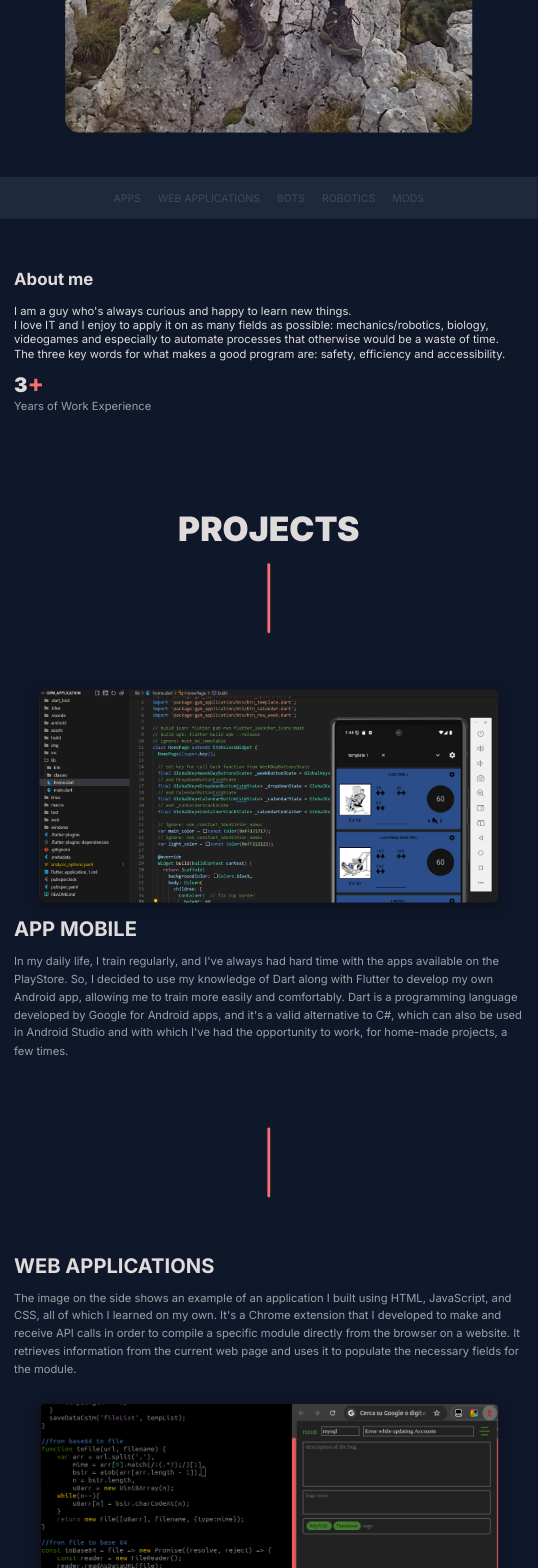
Repository: EnricoCalabrese/EnricoCalabrese.github.io
Page: index.html
The author's editor kept a copy of each file at every save. The page is drawn from the files as they stood at one save, then again after the next save.
The browser window is 768 px wide. The pictures show the part of the page from y = 1031 to 3271 px (the page is 6143 px tall before and 6136 px after), at 70% of full size.

Above is the page before, as saved 2025-07-26 09:16:50.

### index.html
<!DOCTYPE html>
<html lang="en">
<!DOCTYPE html>
<html lang="en">
<head>
  <meta charset="UTF-8" />
  <meta name="viewport" content="width=device-width, initial-scale=1.0" />
  <title>EC - Developer portfolio</title>
  <link href="https://fonts.googleapis.com/css2?family=Inter:wght@400;700;900&display=swap" rel="stylesheet">
  <style>
    * {
      box-sizing: border-box;
    }

    :root {
      --color-bg: #0f172a;
      --color-bg-alt: #1e293b;
      --color-primary: #f87171;
      --color-white: #dfdbdb;
      --color-white-transparent: rgba(255, 255, 255, 0.158);
      --color-white-semi: rgba(255, 255, 255, 0.589);

      --font-family: 'Inter', sans-serif;

      --space-xs: 10px;
      --space-sm: 15px;
      --space-md: 20px;
      --space-lg: 60px;
      --space-xl: 80px;

      --font-lg: 1.8rem;
      --font-xl: 3rem;
      --font-xxl: 35px;

      --radius-sm: 6px;
      --radius-md: 8px;
      --radius-lg: 20px;
    }

    body {
      margin: 0;
      font-family: var(--font-family);
      background-color: var(--color-bg);
      color: var(--color-white);
      word-wrap: break-word;
    }

    header, section {
      padding: var(--space-lg) var(--space-md);
      max-width: 1200px;
      margin: auto;
    }

    nav {
      display: flex;
      justify-content: space-between;
      align-items: center;
      padding: var(--space-md);
    }

    nav a {
      color: var(--color-white);
      margin: 0 var(--space-sm);
      text-decoration: none;
    }

    .header {
      display: flex;
      flex-wrap: wrap;
      align-items: center;
      justify-content: space-between;
    }

    .header-text {
      max-width: 500px;
    }

    .header-text h1 {
      font-size: var(--font-xl);
      margin: 0;
    }

    .buttons {
      margin-top: var(--space-md);
    }

    .buttons button {
      margin-right: var(--space-sm);
      padding: var(--space-xs) var(--space-md);
      border: none;
      border-radius: var(--radius-sm);
      cursor: pointer;
      font-weight: bold;
    }

    .btn-primary {
      background-color: var(--color-primary);
      color: var(--color-white);
    }

    .btn-primary:hover {
      color: var(--color-bg);
    }

    .btn-secondary {
      background-color: transparent;
      border: 2px solid var(--color-primary) !important;
      color: var(--color-white);
    }

    .btn-secondary:hover {
      color: var(--color-primary);
    }

    .page {
      display: none;
      position: fixed;
      z-index: 1000;
      left: 0;
      top: 0;
      width: 100%;
      height: 100%;
      overflow: auto;
      background-color: rgba(15, 23, 42, 0.9);
      font-family: var(--font-family);
    }

    .page-content {
      background-color: var(--color-bg-alt);
      margin: 10% auto;
      padding: var(--space-md);
      border-radius: var(--radius-lg);
      max-width: 400px;
      color: var(--color-white);
      box-shadow: 0 5px 20px rgba(0,0,0,0.6);
      text-align: center;
      position: relative;
    }

    .close-btn {
      color: var(--color-white);
      position: absolute;
      right: 15px;
      top: 10px;
      font-size: 28px;
      font-weight: bold;
      cursor: pointer;
    }

    .close-btn:hover {
      color: var(--color-primary);
    }

    .email-wrapper {
      margin-top: var(--space-md);
      display: flex;
      justify-content: center;
      gap: var(--space-xs);
    }

    .email-wrapper input {
      flex: 1;
      padding: var(--space-xs);
      border-radius: var(--radius-sm);
      border: none;
      background-color: var(--color-bg);
      color: var(--color-white);
      font-weight: bold;
      font-size: 1rem;
    }

    .email-wrapper button {
      background-color: var(--color-primary);
      border: none;
      border-radius: var(--radius-sm);
      color: var(--color-bg);
      cursor: pointer;
      font-weight: bold;
      padding: var(--space-xs) var(--space-md);
      transition: background-color 0.3s ease;
    }

    .email-wrapper button:hover {
      background-color: #ef4444;
    }

    .profile-img {
      width: 300px;
      border-radius: var(--radius-lg);
    }

    .skills-wrapper {
      position: relative;
      padding: var(--space-lg) 0;
      background-color: var(--color-bg);
      margin-top: -3.5rem;
    }

    .skills-wrapper::before {
      content: "";
      position: absolute;
      top: 50%;
      width: 100%;
      height: 60px;
      background-color: var(--color-bg-alt);
      transform: translateY(-50%);
      z-index: 0;
    }

    .skills {
      position: relative;
      z-index: 1;
      text-align: center;
    }

    .skills a {
      text-decoration: none;
      color: var(--color-white-transparent);
      background-color: var(--color-bg-alt);
      padding: var(--space-xs) 5%;
      display: inline-block;
      margin: var(--space-xs);
      cursor: pointer;
      transition: color 0.3s ease;
    }

    .skills a:hover, .shortcuts a:hover {
      color: var(--color-primary);
    }

    .about {
      display: flex;
      flex-wrap: wrap;
      justify-content: space-between;
      align-items: center;
      padding: 0 var(--space-md);
      background-color: var(--color-bg);
      margin-top: -1%;
    }

    .about-text {
      flex: 0 0 50%;
      max-width: 600px;
    }

    .stat {
      flex: 0 0 50%;
    }

    .stat-number {
      font-size: var(--font-lg);
      font-weight: 900;
      color: var(--color-white);
      display: flex;
      align-items: baseline;
    }

    .stat-number .plus {
      color: var(--color-primary);
      font-size: var(--font-xxl);
      font-weight: 700;
      line-height: 1;
      margin-top: -2%;
    }

    .stat-text {
      color: var(--color-white-semi);
      margin-top: 2px;
    }

    .projects-section {
      padding: var(--space-xl) var(--space-md);
      text-align: center;
      position: relative;
    }

    .projects-title {
      font-size: var(--font-xl);
      color: var(--color-white);
      margin-bottom: var(--space-md);
      font-weight: 900;
    }

    .vertical-divider {
      width: 4px;
      height: 100px;
      background-color: var(--color-primary);
      margin: 0 auto var(--space-xl);
      border-radius: 2px;
    }

    .project-block {
      display: flex;
      align-items: center;
      justify-content: center;
      margin: var(--space-xl) auto;
      max-width: 900px;
      gap: var(--space-md);
      flex-wrap: wrap;
      flex-direction: row;
    }

    .project-img {
      width: 300px;
      border-radius: var(--radius-md);
      box-shadow: 0 5px 20px rgba(0,0,0,0.4);
    }

    .project-description {
      max-width: 400px;
      text-align: left;
    }

    .project-description h3 {
      font-size: var(--font-lg);
      color: var(--color-white);
      margin: 0 0 var(--space-xs);
    }

    .project-description p {
      color: var(--color-white-semi);
      line-height: 1.6;
    }

    .simple-text {
      line-height: 1.3;
    }

    footer {
      text-align: center;
      padding: var(--space-md);
      background-color: var(--color-bg-alt);
    }

    #image-container {
      display: block;
      position: fixed;
      z-index: 1500;
      left: 0;
      top: 0;
      width: 100%;
      height: 100%;
      background-color: rgba(15, 23, 42, 0.95);
      display: flex;
      justify-content: center;
      align-items: center;
      cursor: zoom-out;
    }

    #image-container .page-content {
      background: none;
      box-shadow: none;
      max-width: 90%;
      max-height: 90%;
      padding: 0;
      position: relative;
      display: flex;
      justify-content: center;
      align-items: center;
    }

    #image-container img {
      max-width: 100%;
      max-height: 100%;
      border-radius: var(--radius-lg);
      pointer-events: none;
    }

    #ref {
      display: block;
      position: relative;
      top: -80px;
      visibility: hidden;
      height: 0;
      width: 0;
      overflow: hidden;
    }

    /* mobile settings */
    @media (max-width: 768px) {
      nav {
        flex-direction: column;
        align-items: flex-start;
      }

      .header {
        flex-direction: column;
        align-items: center;
        text-align: center;
      }

      .header-text {
        max-width: 100%;
      }

      .buttons {
        display: flex;
        flex-direction: column;
        align-items: center;
      }

      .buttons button {
        margin-bottom: var(--space-xs);
        width: 80%;
      }

      .profile-img {
        width: 80%;
        margin-top: var(--space-md);
      }

      .about {
        flex-direction: column;
        align-items: flex-start;
        gap: var(--space-md);
      }

      .about-text, .stat {
        flex: 1 1 100%;
        max-width: 100%;
      }

      .project-block {
        flex-direction: column !important;
        text-align: center;
      }

      .project-description {
        max-width: 100%;
      }

      .project-img {
        width: 90%;
      }

      .email-wrapper {
        flex-direction: column;
        gap: var(--space-xs);
      }

      .email-wrapper input,
      .email-wrapper button {
        width: 100%;
      }

      .skills {
        position: relative;
        z-index: 1;
        text-align: center;
        font-size: 15px;
      }

      .skills a {
        text-decoration: none;
        color: var(--color-white-transparent);
        background-color: var(--color-bg-alt);
        padding: var(--space-xs) 0;
        display: inline-block;
        cursor: pointer;
        transition: color 0.3s ease;
      }
    }
  </style>
</head>
<body>
  <nav>
    <div><strong>Enrico Calabrese</strong></div>
    <div class="shortcuts">
      <a href="#about" class="scroll-link">About</a>
      <a href="https://www.linkedin.com/in/enrico-calabrese-4961b4376/">Linkedin</a>
    </div>
  </nav>

  <header class="header">
    <div class="header-text">
      <p>Hello,</p>
      <h1>I'm Enrico<br><strong>Software Developer</strong></h1>
      <div class="buttons">
        <button class="btn-primary" id="contacts">Contacts</button>
        <button class="btn-secondary" id="myresume">My resume</button>
      </div>
    </div>
    <img src="source/profile.jpg" alt="photo" class="profile-img" onerror="this.style.display='none'">
  </header>

  <div id="contact-page" class="page">
    <div class="page-content">
      <span class="close-btn">&times;</span>
      <h2>Contact Me</h2>
      <p>Email:</p>
      <div class="email-wrapper">
        <input type="text" id="email" readonly value="enricocalabrese21@gmail.com" />
        <button id="copy-email">Copy</button>
      </div>
      <p id="copy-message" style="color: var(--color-primary); display: none;">Copied to clipboard!</p>
    </div>
  </div>

  <div class="skills-wrapper">
    <div class="skills">
      <a href="#app" class="scroll-link">APPS</a>
      <a href="#web" class="scroll-link">WEB APPLICATIONS</a>
      <a href="#bots" class="scroll-link">BOTS</a>
      <a href="#robots" class="scroll-link">ROBOTICS</a>
      <a href="#mods" class="scroll-link">MODS</a>
    </div>
  </div>
  <span id="ref"></span>

  <section id="about" class="about">
    <div class="about-text">
      <h2>About me</h2>
      <p class="simple-text">
        I am a guy who's always curious and happy to learn new things.<br>
        I love IT and I enjoy to apply it on as many fields as possible: mechanics/robotics, biology, videogames and especially to automate processes that otherwise would be a waste of time.<br>
        The three key words for what makes a good program are: safety, efficiency and accessibility.
      </p>
      <div class="stat">
        <div class="stat-number"><span class="plus">+</span></div>
        <p class="stat-text">Years of Work Experience</p>
      </div>
    </div>
  </section>

  <section class="projects-section">
    <h2 class="projects-title">PROJECTS</h2>
    <div class="vertical-divider"></div>

    <div class="project-block">
      <img src="source/project1.png" alt="Project 1" class="project-img" onerror="this.style.display='none'">
      <div class="project-description" id="app">
        <h3>APP MOBILE</h3>
        <p>In my daily life, I train regularly, and I've always had hard time with the apps available on the PlayStore.
          So, I decided to use my knowledge of Dart along with Flutter to develop my own Android app, allowing me to train more easily and comfortably.
            Dart is a programming language developed by Google for Android apps, and it's a valid alternative to C#, which can also be used in Android Studio
            and with which I've had the opportunity to work, for home-made projects, a few times.</p>
      </div>
    </div>
    <div class="vertical-divider"></div>

    <div class="project-block">
      <div class="project-description" id="web">
        <h3>WEB APPLICATIONS</h3>
        <p>The image on the side shows an example of an application I built using HTML, JavaScript, and CSS, all of which I learned on my own.
          It's a Chrome extension that I developed to make and receive API calls in order to compile a specific module directly from the browser on a website.
          It retrieves information from the current web page and uses it to populate the necessary fields for the module.</p>
      </div>
      <img src="source/project2.png" alt="Project 2" class="project-img" onerror="this.style.display='none'">
    </div>
    <div class="vertical-divider"></div>

    <div class="project-block">
      <img src="source/project3.png" alt="Project 3" class="project-img" onerror="this.style.display='none'">
      <div class="project-description" id="bots">
        <h3>PYTHON-BASED BOTS</h3>
        <p>Python is one of the best and most versatile programming languages available today, and it's excellent for creating bots.
          The image on the side shows a Discord bot I created. Discord is a free communication app used to chat and hang out with your favorite creators, communities, and friends.
            The bot I made to allows users, through simple commands in the chat, to play the game "Blood on the Clocktower" with others in a voice channel.
            This game is a more complex version of the famous game Werewolf (Italian: Lupus in Fabula).
            Using Python, I also created a Telegram bot in order to remotely manage a machine that I set up as a hosting server.
        </p>
      </div>
    </div>
    <div class="vertical-divider"></div>

    <div class="project-block">
      <div class="project-description" id="robots">
        <h3>ROBOTICS & AUTOMATION</h3>
        <p>Since high school, I've always had an interest in automation, and I find it super fun to animate robots and apply computer science to something that can moves.
          A few years ago, I took on the challenge of building a drone from scratch and programming it in C++. I developed calculation functions which, thanks to the input from various sensors,
          were able to determine the necessary speed for each individual motor to stabilize the drone through the appropriate output signals.
        </p>
      </div>
      <img src="source/project4.png" alt="Project 4" class="project-img" onerror="this.style.display='none'">
    </div>
    <div class="vertical-divider"></div>

    <div class="project-block">
      <img src="source/project5.png" alt="Project 5" class="project-img" onerror="this.style.display='none'">
      <div class="project-description" id="mods">
        <h3>VIDEOGAMES MODS</h3>
        <p>Programming a video game mod is a great way to develop both technical and creative skills. It allows you to improve your coding abilities, and understand the architecture of complex systems.
            Modding combines passion and practice, which is why I started programming, first with Java and later with .mcfunction, to create mods and datapacks for the game Minecraft.
        </p>
      </div>
    </div>
  </section>

  <div id="image-container" class="page">
    <div class="page-content">
      <img id="zoomed-img" src="" alt="zoomed" />
    </div>
  </div>

  <footer>
  </footer>

  <script>
    // manage image zoom
    const zoomed = document.getElementById('image-container');
    document.querySelectorAll('.project-img').forEach(img => {
      img.addEventListener('click', () => {
        document.getElementById('zoomed-img').src = img.src;
        zoomed.style.display = 'flex';
      });
    });

    zoomed.addEventListener('click', (e) => { // on click out of the page
      if (e.target === zoomed) {
        zoomed.style.display = 'none';
      }
    });

    window.onload = () => {
      zoomed.style.display = 'none';
    };

    // manage new window contacts
    const page = document.getElementById('contact-page');
    const emailInput = document.getElementById('email');
    const copyMessage = document.getElementById('copy-message');

    document.getElementById('contacts').addEventListener('click', () => {
      page.style.display = 'block';
      copyMessage.style.display = 'none';
    });

    page.querySelector('.close-btn').addEventListener('click', () => {
      page.style.display = 'none';
    });

    window.addEventListener('click', (e) => { // on click out of the page
      if (e.target === page) {
        page.style.display = 'none';
      }
    });

    document.getElementById('copy-email').addEventListener('click', () => {
      emailInput.select();
      emailInput.setSelectionRange(0, 99999);
      try {
        // use document.execCommand for broader browser support in iFrames
        const successful = document.execCommand('copy');
        if (successful) {
          copyMessage.style.display = 'block';
          setTimeout(() => copyMessage.style.display = 'none', 2000);
        }
      } catch (err) {
        console.error('Failed to copy email: ', err);
      }
    });

    // auto scroll the page to the top when open
    window.onbeforeunload = function () {
      window.scrollTo(0, 0);
    };

    // scroll page on center when click a link, normal href set the page on top
    document.querySelectorAll('.scroll-link').forEach(link => {
      link.addEventListener('click', function(e) {
        e.preventDefault();
        const targetId = this.getAttribute('href').substring(1);
        const targetElem = document.getElementById(targetId);
        if (targetElem) {
          const elemRect = targetElem.getBoundingClientRect();
          const maxElemTop = window.pageYOffset + elemRect.top;
          const middle = maxElemTop - (window.innerHeight / 2) + (elemRect.height / 2);

          window.scrollTo({
            top: middle,
            behavior: 'smooth'
          });
        }
      });
    });

    // setup experience years based on current year
    const statNum = document.querySelector('.stat-number');
    if (statNum) {
      const startDate = new Date('2021-09-27');
      const now = new Date();
      const diffYears = (now - startDate) / (1000 * 60 * 60 * 24 * 365.25);
      const roundedYears = Math.floor(diffYears);
      statNum.innerHTML = `${roundedYears}<span class="plus">+</span>`;
    }

    // link to resume when click "my resume" button
    document.getElementById('myresume').addEventListener('click', function () {
      const link = document.createElement('a');
      link.href = 'source/resume.pdf';
      link.download = 'Enrico-Calabrese-Resume.pdf';
      document.body.appendChild(link);
      link.click();
      document.body.removeChild(link);
    });
  </script>
</body>
</html>

After the next save:
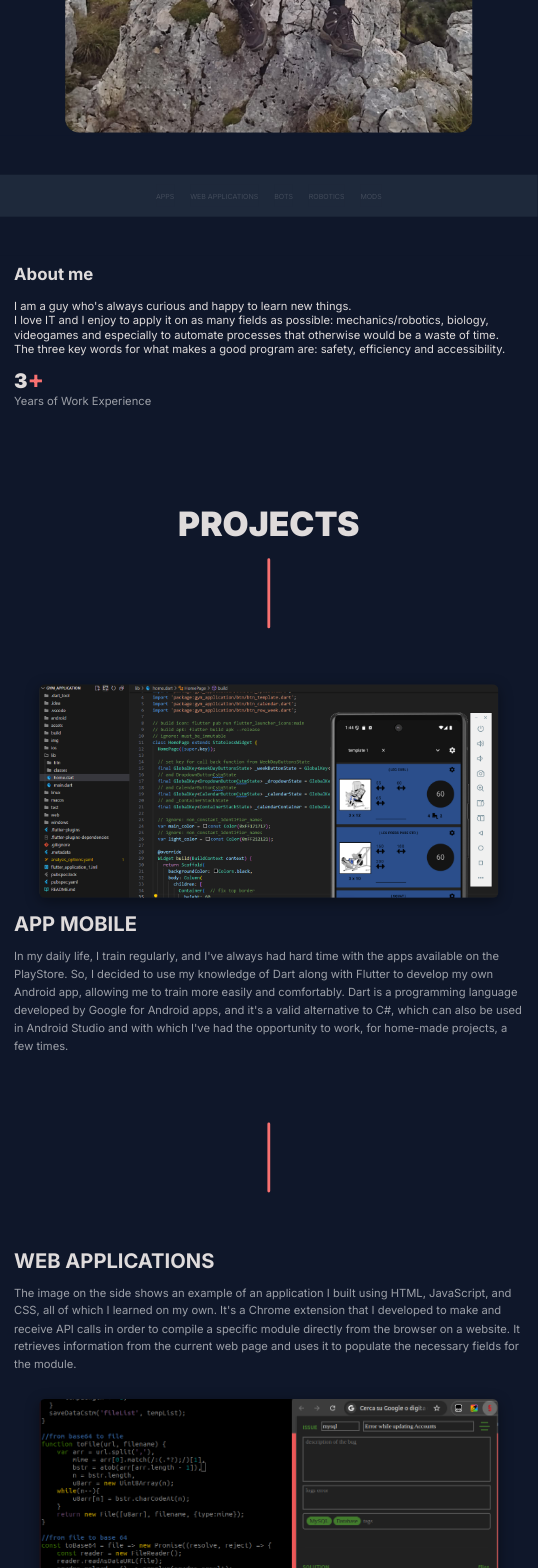
Saved 7 s later.
--- a/index.html
+++ b/index.html
@@ -447,7 +447,7 @@
         position: relative;
         z-index: 1;
         text-align: center;
-        font-size: 15px;
+        font-size: 10px;
       }
 
       .skills a {
